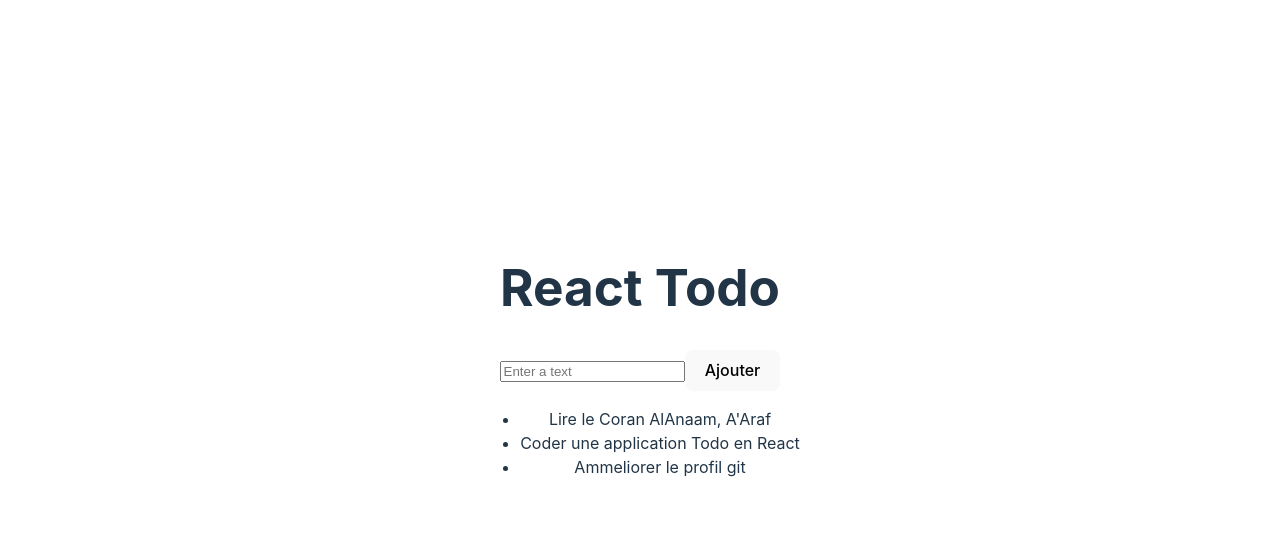
Repository: feyroozecode/React-Todo
Page: /
These files come from the project's save history. The page is drawn as it stood at one moment and after the next save; the edit follows.
The browser window is 1280 px wide. The pictures show the whole page.
The project was rebuilt for these pictures with package versions that can differ from the ones it lists, and the page was loaded fresh each time. Also part of the build but not shown: vite.config.js.

Above is the page before, as saved 2023-09-21 10:53:47.

### src/App.jsx
import { useState } from 'react'

import './App.css'

export default function App() {

  const initialList = [
      'Lire le Coran AlAnaam, A\'Araf ' ,
      'Coder une application Todo en React',
      'Ammeliorer le profil git '
    ]

  const [todos, setTodos] = useState(initialList)
  const [input, setInput] = useState('')

  const handleInputChange = (e) =>  {
    setInput(e.target.value)
  }

  function handleAdd() {
    const item = todos.concat({ input })

    setTodos(item)
  }

  return (
    <>
      <div>
        <center> <h1> React Todo </h1> </center>
      </div>

      <div>
        <input
            type="text"
            placeholder='Enter a text'
            value={input}
            onChange={handleInputChange}

            />
        <button
          onClick={handleAdd}
          type='button'
          >Ajouter</button>
         <p>
         <i> </i> <strong> { input } </strong>
          </p>

      </div>

     <ul>
      {
        todos.map(((item, index) => (
          <li key={index}> { item } </li>
        )))
      }
     </ul>

    </>
  )
}

Loaded but not shown: index.html (common file); src/main.jsx (common file); src/index.css (common file); src/App.css (common file)

After the next save:
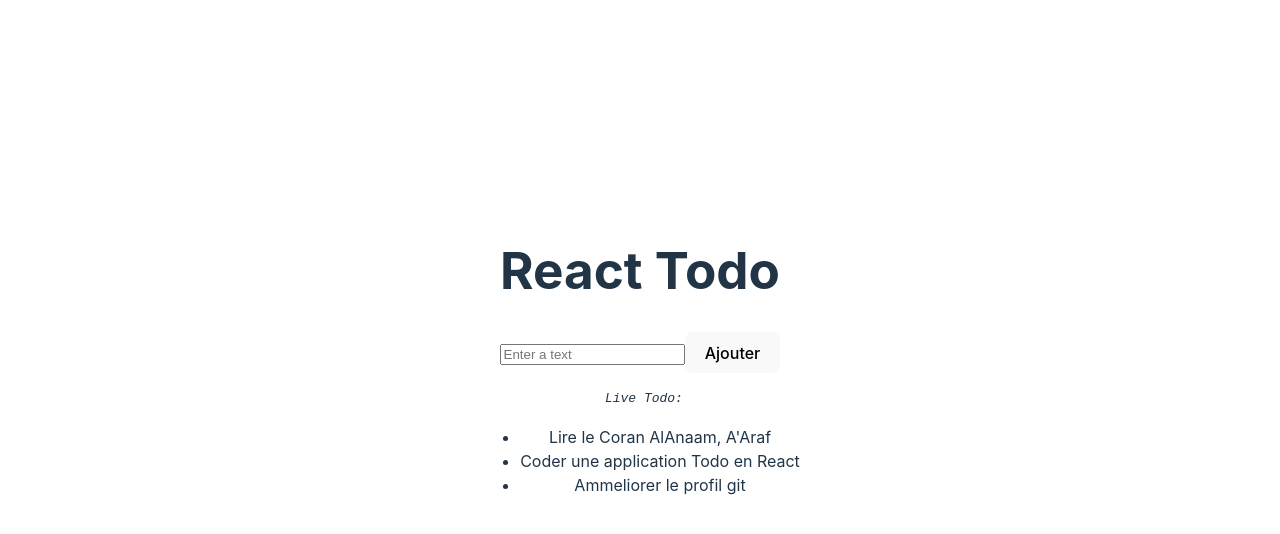
Saved 5 s later.
--- a/src/App.jsx
+++ b/src/App.jsx
@@ -42,7 +42,7 @@
           type='button'
           >Ajouter</button>
          <p>
-         <i> </i> <strong> { input } </strong>
+         <i> <pre> Live Todo:</pre> </i> <strong> { input } </strong>
           </p>
 
       </div>
